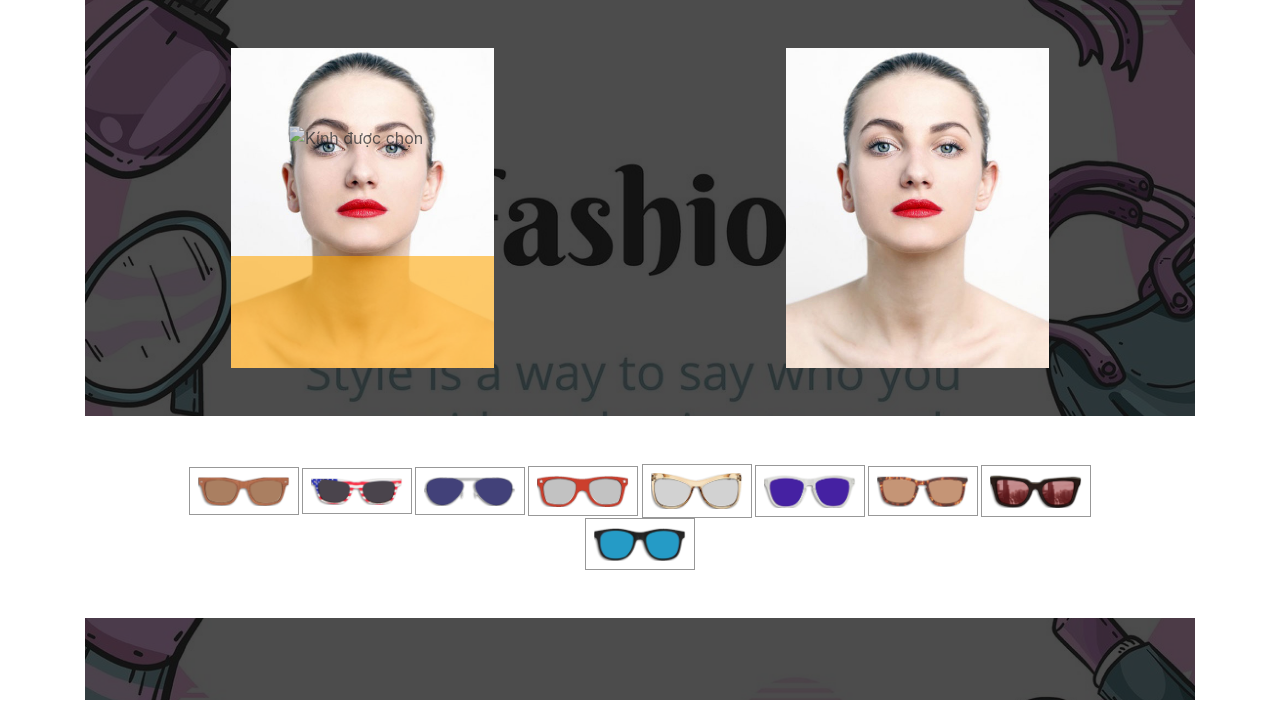
Repository: ducdatit2002/reactjs-try-glasses
Page: /
These files come from the project's save history. The page is drawn as it stood at one moment and after the next save; the edit follows.
The browser window is 1280 px wide. The pictures show the whole page.
The project was rebuilt for these pictures with package versions that can differ from the ones it lists, and the page was loaded fresh each time. Also part of the build but not shown: src/App.css.

Above is the page before, as saved 2023-10-24 19:26:01.

### public/index.html
<!doctype html>
<html lang="en">
  <head>
    <title>Title</title>
    <!-- Required meta tags -->
    <meta charset="utf-8">
    <meta name="viewport" content="width=device-width, initial-scale=1, shrink-to-fit=no">

    <!-- Bootstrap CSS -->
    <link rel="stylesheet" href="https://stackpath.bootstrapcdn.com/bootstrap/4.3.1/css/bootstrap.min.css" integrity="sha384-ggOyR0iXCbMQv3Xipma34MD+dH/1fQ784/j6cY/iJTQUOhcWr7x9JvoRxT2MZw1T" crossorigin="anonymous">
  </head>
  <body>
      <div class="" id="root"></div>
    <!-- Optional JavaScript -->
    <!-- jQuery first, then Popper.js, then Bootstrap JS -->
    <script src="https://code.jquery.com/jquery-3.3.1.slim.min.js" integrity="sha384-q8i/X+965DzO0rT7abK41JStQIAqVgRVzpbzo5smXKp4YfRvH+8abtTE1Pi6jizo" crossorigin="anonymous"></script>
    <script src="https://cdnjs.cloudflare.com/ajax/libs/popper.js/1.14.7/umd/popper.min.js" integrity="sha384-UO2eT0CpHqdSJQ6hJty5KVphtPhzWj9WO1clHTMGa3JDZwrnQq4sF86dIHNDz0W1" crossorigin="anonymous"></script>
    <script src="https://stackpath.bootstrapcdn.com/bootstrap/4.3.1/js/bootstrap.min.js" integrity="sha384-JjSmVgyd0p3pXB1rRibZUAYoIIy6OrQ6VrjIEaFf/nJGzIxFDsf4x0xIM+B07jRM" crossorigin="anonymous"></script>
  </body>
</html>

### src/App.js
import logo from './logo.svg';
import './App.css';
import GlassState from './GlassState/GlassState';
function App() {
  return (
    <div className="container">
      <GlassState/>
    </div>
  );
}

export default App;

### src/GlassState/GlassState.js
import React, { Component } from "react";
import "./GlassState.css";
import { glassArr } from "./data";
export default class GlassState extends Component {
  constructor(props) {
    super(props);
    this.state = {
      selectedGlass: null, // Thông tin kính được chọn
      modelImage: "./glassesImage/model.jpg", // Hình ảnh người mẫu mặc định
      glassTitle: "", // Tiêu đề kính
      glassContent: "", // Nội dung kính
    };
  }

  // Hàm xử lý khi người dùng chọn kính
  selectGlass = (glass) => {
    this.setState({
      selectedGlass: glass,
      modelImage: "./glassesImage/model.jpg", // Đảm bảo hình ảnh người mẫu mặc định
      glassTitle: glass.name, // Cập nhật tiêu đề kính
      glassContent: glass.desc, // Cập nhật nội dung kính
    });
  };

  render() {
    return (
      <div>
        <div className="backGround"
            style={{
            backgroundImage: 'url("./glassesImage/background.jpg")',
            backgroundPosition: "center center",
            backgroundRepeat: "no-repeat",
            backgroundSize: "cover",
            height: 700,
          }}>
          <div className="overlay">
            <div className="container">
              <div className="row mt-5">
                <div className="col-6 text-center">
                  <div className="img">
                    <img
                      className="w-50"
                      src={this.state.modelImage}
                      alt="model"
                    />
                    <div className="tryGlasses">
                      <img
                        src={this.state.selectedGlass? this.state.selectedGlass.url: ""}
                        alt="Kính được chọn"
                        style={{ width: 154, opacity: "0.7" }}/>
                    </div>
                    <div className="content">
                      <h6 className="glass-title">{this.state.glassTitle}</h6>
                      <p className="glass-content">{this.state.glassContent}</p>
                    </div>
                  </div>
                </div>
                <div className="col-6 text-center">
                  <img
                    className="w-50"
                    src={this.state.modelImage}
                    alt="model"
                  />
                </div>
              </div>
              <div className="row">
                <div className="col-12 p-5 mt-5 bg-white text-center glasses">
                  {glassArr.map((glass) => (
                    <span
                      key={glass.id}
                      onClick={() => this.selectGlass(glass)}
                    >
                      <img src={glass.url} style={{ width: 110 }} />
                    </span>
                  ))}
                </div>
              </div>
            </div>
          </div>
        </div>
      </div>
    );
  }
}

### src/GlassState/GlassState.css
.backGround {
    position: relative;
}
.overlay {
    content: "";
    position: absolute;
    top: 0;
    right: 0;
    bottom: 0;
    left: 0;
    background-color: rgba(0,0,0,.7);
    width: 100%;
    height: 700px;
}
.img {
    position: relative;
}
.tryGlasses {
    position: absolute;
    left: 36%;
    top: 24%;
}
.content {
    position: absolute;
    background-color: rgba(255,166,0,.575);
    width: 50%;
    height: 35%;
    left: 25%;
    bottom: 0;
    text-align: left;
    padding: 1rem;
}
.content .glass-title {
    font-size: 15px;
    font-weight: 700;
    color: #8a2be2;
}
.content .glass-content {
    font-size: 14px;
}
.glasses img {
    padding: 0.5rem;
    border: 1px solid rgba(0,0,0,.404);
    margin: 0 0.1rem;
    cursor: pointer;
}

### src/GlassState/data.js
export let glassArr = [
    {
        "id": 1,
        "price": 30,
        "name": "GUCCI G8850U",
        "url": "./glassesImage/v1.png",
        "desc": "Light pink square lenses define these sunglasses, ending with amother of pearl effect tip. "
    },
    {
        "id": 2,
        "price": 50,
        "name": "GUCCI G8759H",
        "url": "./glassesImage/v2.png",
        "desc": "Light pink square lenses define these sunglasses, ending with amother of pearl effect tip. "
    },
    {
        "id": 3,
        "price": 30,
        "name": "DIOR D6700HQ",
        "url": "./glassesImage/v3.png",
        "desc": "Light pink square lenses define these sunglasses, ending with amother of pearl effect tip. "
    },
    {
        "id": 4,
        "price": 70,
        "name": "DIOR D6005U",
        "url": "./glassesImage/v4.png",
        "desc": "Light pink square lenses define these sunglasses, ending with amother of pearl effect tip. "
    },
    {
        "id": 5,
        "price": 40,
        "name": "PRADA P8750",
        "url": "./glassesImage/v5.png",
        "desc": "Light pink square lenses define these sunglasses, ending with amother of pearl effect tip. "
    },
    {
        "id": 6,
        "price": 60,
        "name": "PRADA P9700",
        "url": "./glassesImage/v6.png",
        "desc": "Light pink square lenses define these sunglasses, ending with amother of pearl effect tip. "
    },
    {
        "id": 7,
        "price": 80,
        "name": "FENDI F8750",
        "url": "./glassesImage/v7.png",
        "desc": "Light pink square lenses define these sunglasses, ending with amother of pearl effect tip. "
    },
    {
        "id": 8,
        "price": 100,
        "name": "FENDI F8500",
        "url": "./glassesImage/v8.png",
        "desc": "Light pink square lenses define these sunglasses, ending with amother of pearl effect tip. "
    },
    {
        "id": 9,
        "price": 60,
        "name": "FENDI F4300",
        "url": "./glassesImage/v9.png",
        "desc": "Light pink square lenses define these sunglasses, ending with amother of pearl effect tip. "
    }
]

Loaded but not shown: src/index.js (common file); src/index.css (common file); src/reportWebVitals.js (common file)

After the next save:
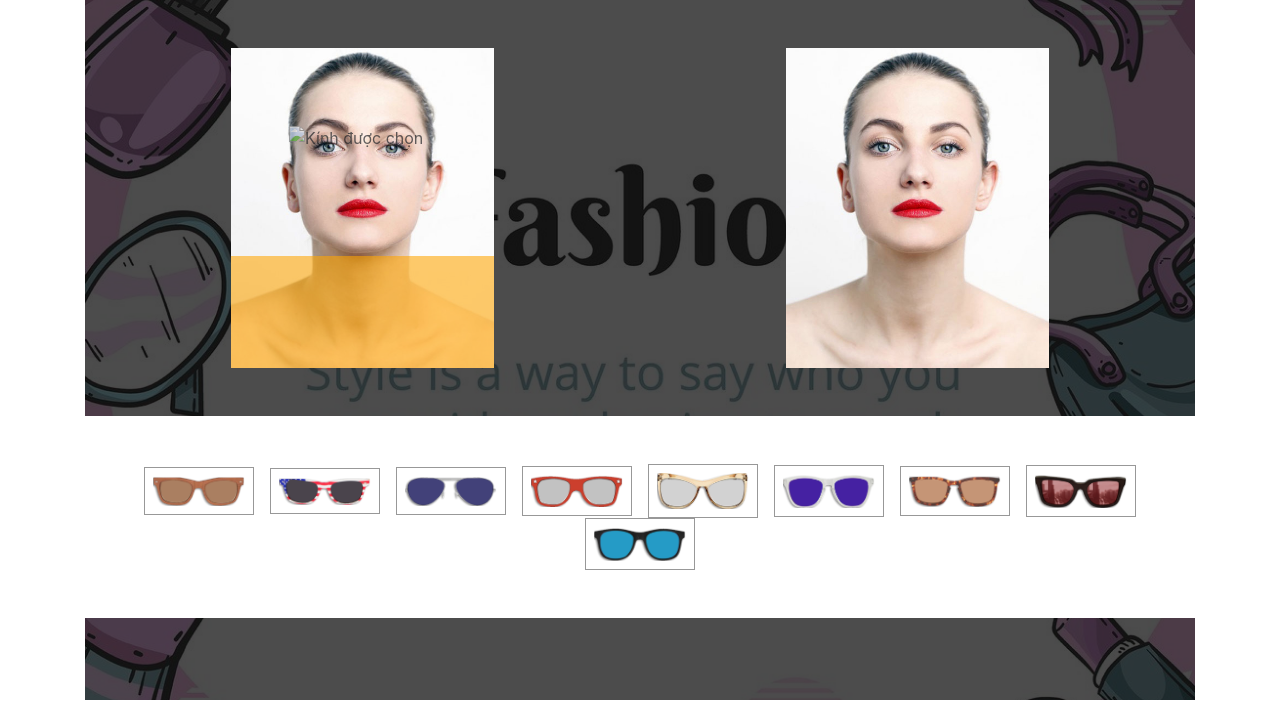
Saved 17 s later.
--- a/src/GlassState/GlassState.css
+++ b/src/GlassState/GlassState.css
@@ -41,6 +41,6 @@
 .glasses img {
     padding: 0.5rem;
     border: 1px solid rgba(0,0,0,.404);
-    margin: 0 0.1rem;
+    margin: 0 0.5rem;
     cursor: pointer;
 }
